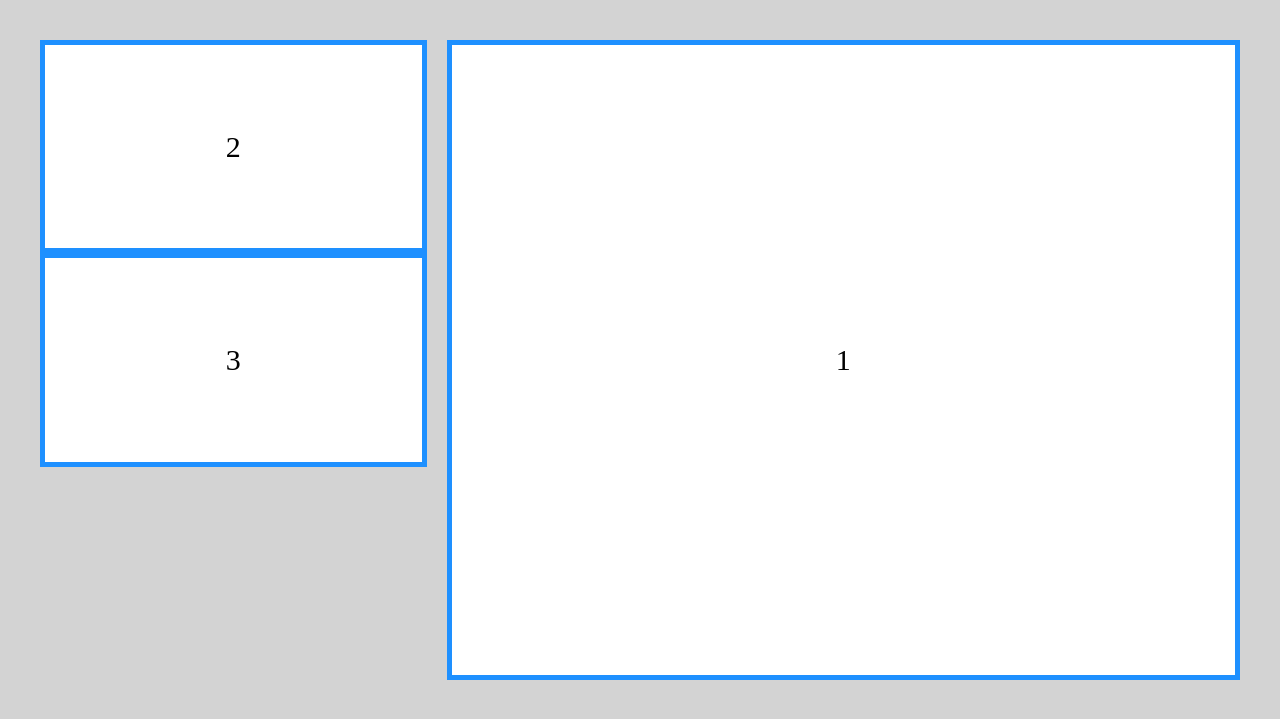
Repository: eversonps/flexbox-grid-css
Page: grid/cssgrid2.html
These files come from the project's save history. The page is drawn as it stood at one moment and after the next save; the edit follows.
The browser window is 1280 px wide. The pictures show the whole page.

Above is the page before, as saved 2022-03-23 16:48:58.

After the next save:
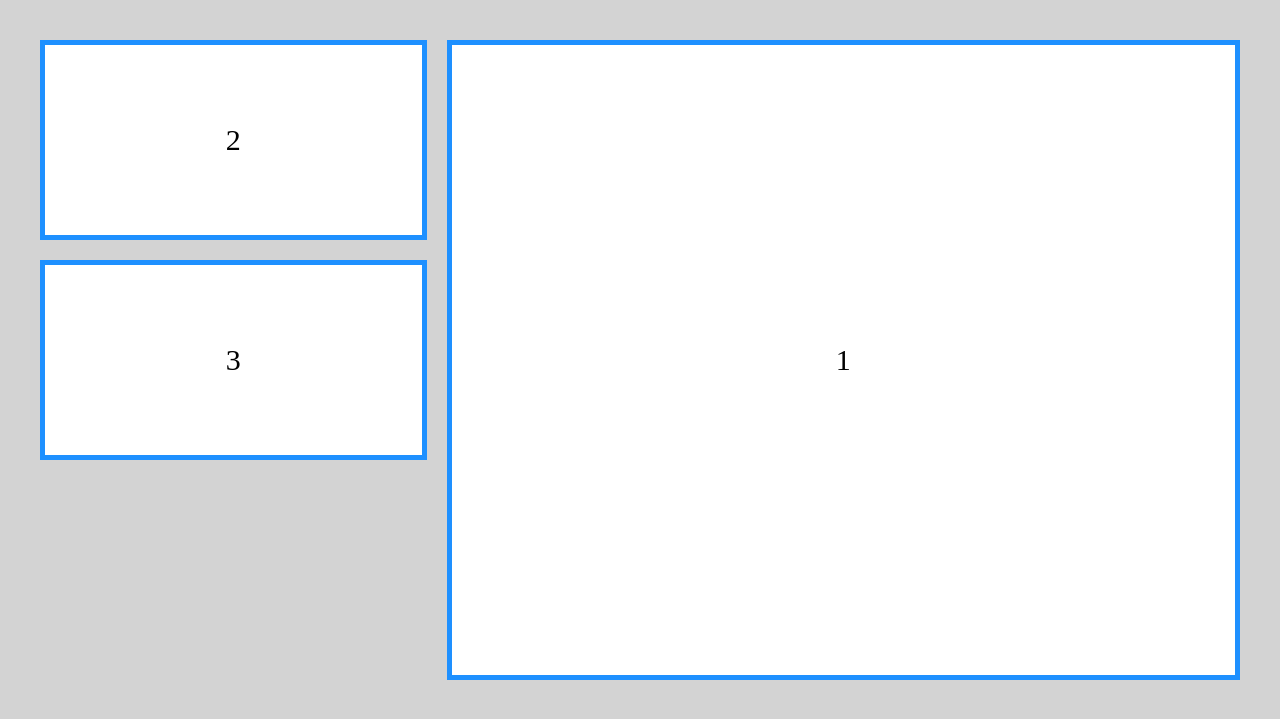
Saved 29 s later.
--- a/grid/cssgrid2.html
+++ b/grid/cssgrid2.html
@@ -29,6 +29,7 @@
             grid-template-rows: repeat(3, 1fr);
 
             grid-column-gap: 20px;
+            grid-row-gap: 20px;
         }
 
         .d1{
